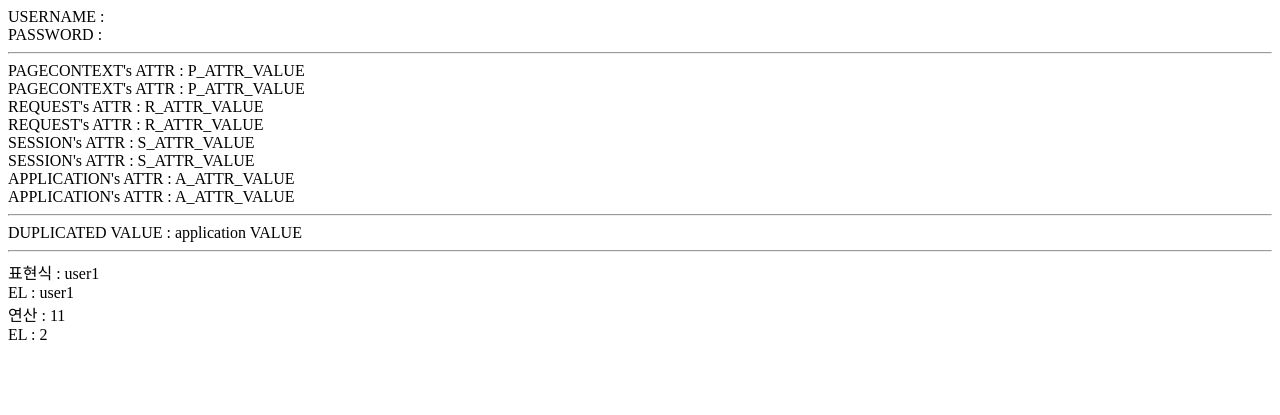
Repository: Leehj9094/JAVA_BOOK-
Page: http://localhost/01JSP/C08/01EL/result.jsp
An editor plug-in stored every save of this project. The page is shown before and after the next save, followed by the edit.
The browser window is 1280 px wide. The pictures show the whole page.
The page is served by Tomcat 9.

Above is the page before, as saved 2025-04-04 02:46:31.

After the next save:
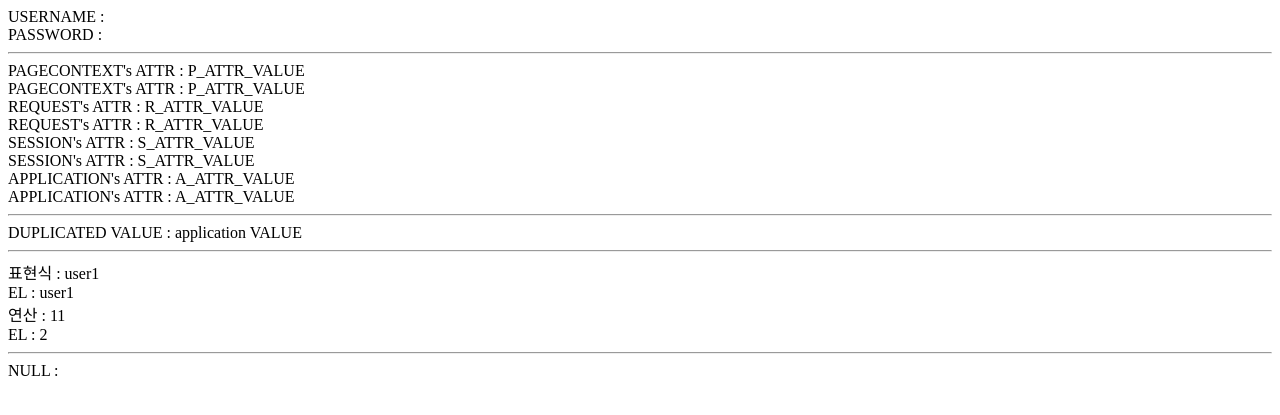
Saved 33 s later.
--- a/JSP/01JSP/src/main/webapp/C08/01EL/result.jsp
+++ b/JSP/01JSP/src/main/webapp/C08/01EL/result.jsp
@@ -68,5 +68,10 @@ EL : ${userDto.userid}<br/>
 <!-- EL : 연산자 -->
 연산 : <%=1+"1" %> <br/>
 EL : ${1+"1"} <br/>
+<hr/>
+
+<!-- NULL CHECK -->
+NULL : ${null}<br/>
+
 </body>
 </html>
